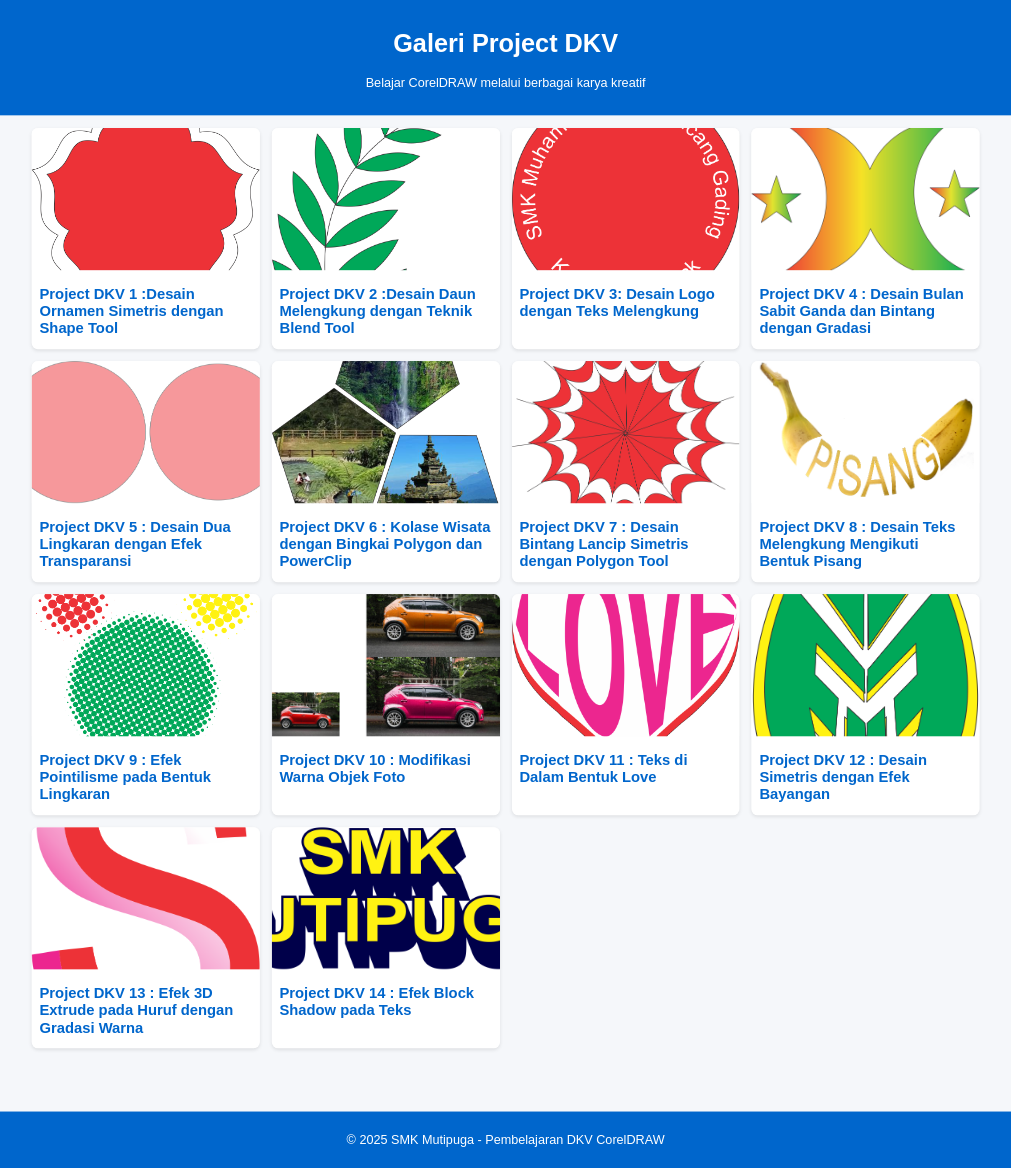
Repository: ppdbsmkmutipuga/galeriprojectdkvsmkmutipuga
Page: index.html
These files come from the project's save history. The page is drawn as it stood at one moment and after the next save; the edit follows.
The browser window is 1280 px wide. The pictures show the whole page, at 79% of full size.

Above is the page before, as saved 2025-08-14 06:18:32.
Console error: TypeError: Cannot read properties of null (reading 'addEventListener')

After the next save:
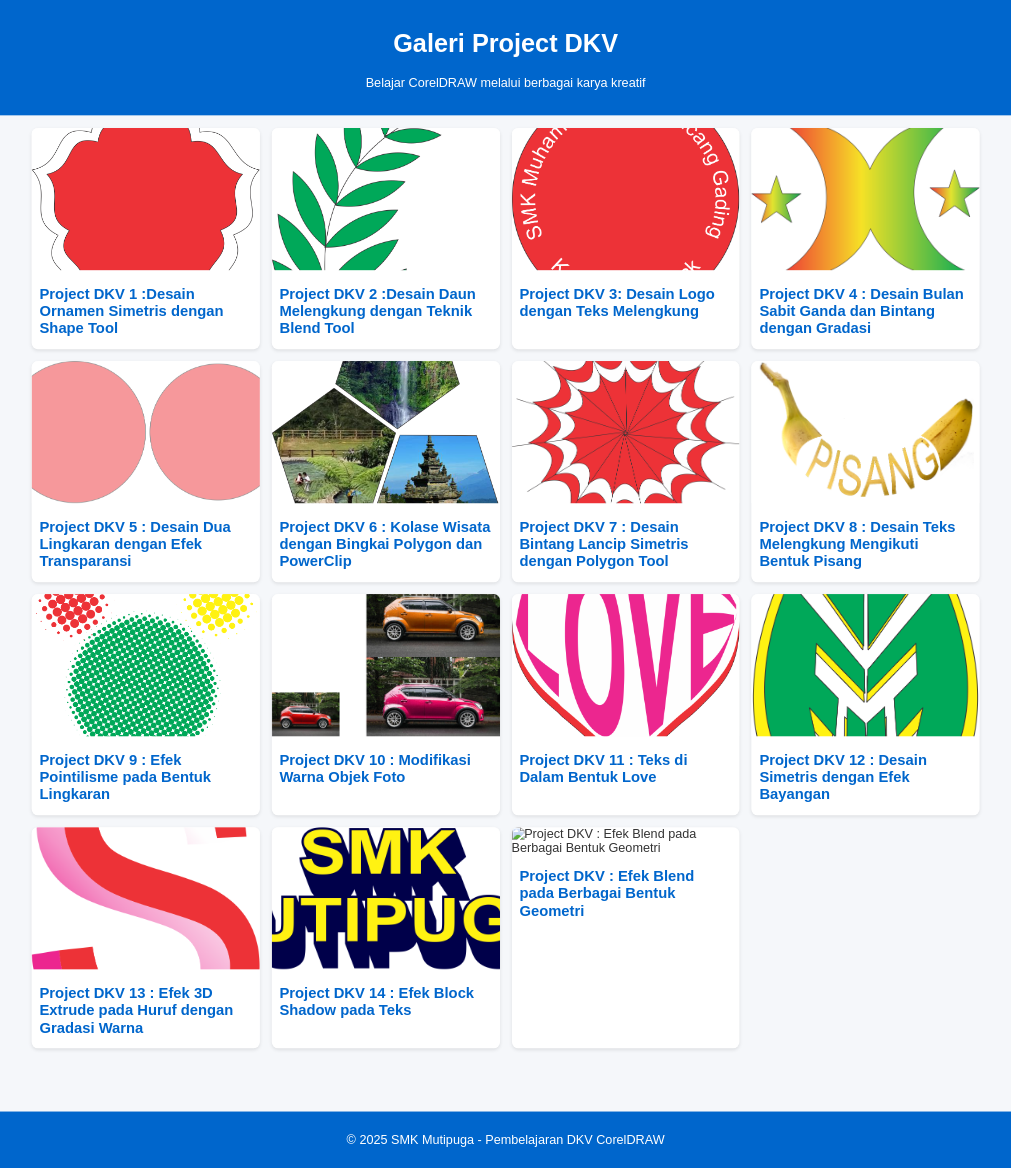
Not found: images/project_blendshape.png
Saved 10 min 58 s later.
--- a/script.js
+++ b/script.js
@@ -268,6 +268,26 @@
             "Memahami perpaduan warna antara huruf dan bayangan untuk menciptakan kontras yang kuat"
         ]
     },
+    {
+        "title": "Project DKV : Efek Blend pada Berbagai Bentuk Geometri",
+        "image": "images/project_blendshape.png",
+        "belajar": [
+            "Membuat bentuk besar (lingkaran, bintang, segilima, atau bentuk bebas) di CorelDraw",
+            "Membuat bentuk yang sama namun lebih kecil di dalam bentuk besar",
+            "Menggunakan Blend Tool untuk menghubungkan bentuk besar dan kecil",
+            "Mengatur jumlah langkah (steps) atau jumlah sisi (sides) pada Blend Tool agar hasil lebih rapat dan rapi",
+            "Memberikan warna pada outline sesuai tema desain",
+            "Membuat dua bentuk sama lalu menghubungkannya menggunakan Blend Tool dengan teknik yang sama",
+            "Menciptakan variasi desain seperti bendera bergelombang, lingkaran berlapis, bintang bertingkat, dan segilima berlapis"
+        ],
+        "tujuan": [
+            "Mempelajari penggunaan Blend Tool untuk menciptakan efek berlapis pada bentuk geometri",
+            "Melatih keterampilan membuat pola repetitif dengan pengaturan jumlah langkah yang tepat",
+            "Memahami komposisi warna pada outline untuk memperkuat visual desain",
+            "Mengembangkan kreativitas dalam menggabungkan berbagai bentuk untuk membuat karya tipografi dan ilustrasi unik"
+        ]
+    }
+
 ];
 
 // Tampilkan grid

After the 2 saves that followed:
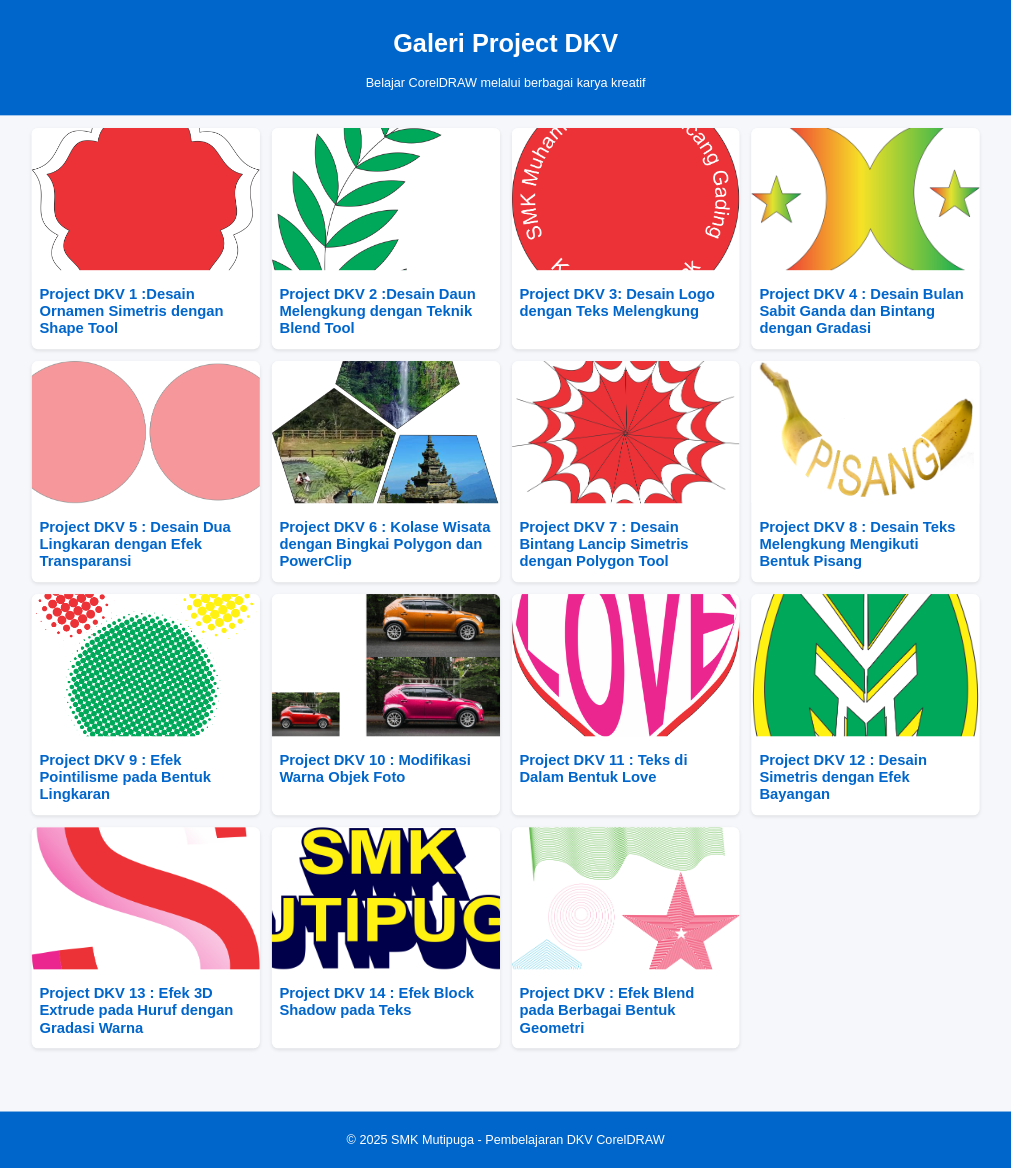
The 2 saves are shown as one change because they came seconds apart.
The last was saved 22 s later.
--- a/script.js
+++ b/script.js
@@ -270,7 +270,7 @@
     },
     {
         "title": "Project DKV : Efek Blend pada Berbagai Bentuk Geometri",
-        "image": "images/project_blendshape.png",
+        "image": "images/project15dkv.png",
         "belajar": [
             "Membuat bentuk besar (lingkaran, bintang, segilima, atau bentuk bebas) di CorelDraw",
             "Membuat bentuk yang sama namun lebih kecil di dalam bentuk besar",
